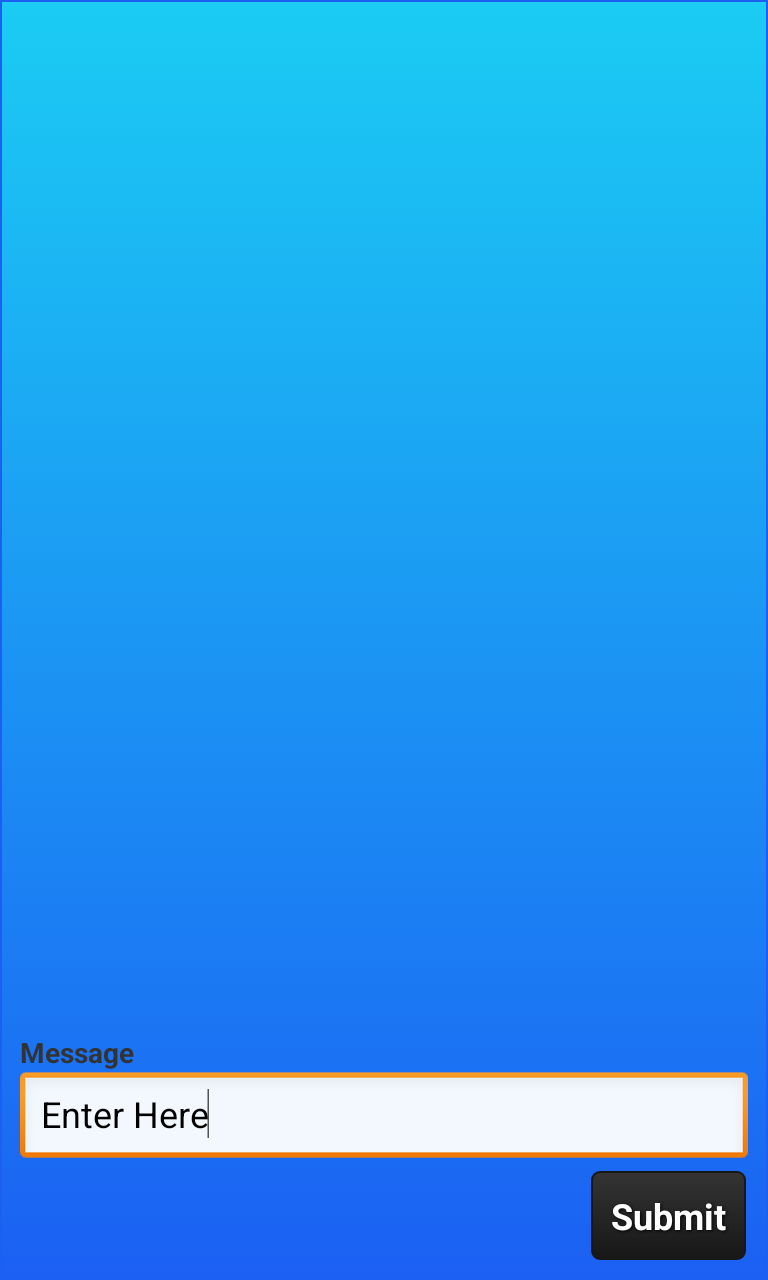
Repository: yuanpeixin/Project
Layout: GameForum/res/layout/add_reply.xml
An editor plug-in stored every save of this project. The layout is shown before and after the next save, followed by the edit.
It is drawn on a 768 x 1280 px phone screen (xhdpi) without system bars, with theme android:Theme.Translucent; the app's code is not run.

Above is the layout before, as saved 2015-10-07 05:51:43.

### GameForum/res/layout/add_reply.xml
<?xml version="1.0" encoding="utf-8"?>
<LinearLayout xmlns:android="http://schemas.android.com/apk/res/android"
    android:layout_width="match_parent"
    android:layout_height="match_parent"
    android:orientation="vertical"
    android:weightSum="4" >

    <LinearLayout
        android:layout_width="wrap_content"
        android:layout_height="wrap_content"
        android:layout_weight="1" >
    </LinearLayout>

    <RelativeLayout
        android:layout_width="wrap_content"
        android:layout_height="wrap_content"
        android:layout_weight="3"
        android:background="@drawable/blue_gradient" >

        <TextView
            android:layout_width="wrap_content"
            android:layout_height="wrap_content"
            android:layout_above="@+id/arET"
            android:layout_alignParentLeft="true"
            android:text="Message"
            android:textColor="#333"
            android:textStyle="bold" />

        <EditText
            android:id="@+id/arET"
            android:layout_width="match_parent"
            android:layout_height="wrap_content"
            android:layout_above="@+id/arSubmit"
            android:ems="10"
            android:inputType="textMultiLine"
            android:text="Enter Here" >

            <requestFocus />
        </EditText>

        <Button
            android:id="@+id/arSubmit"
            style="@style/WhiteText"
            android:layout_width="wrap_content"
            android:layout_height="wrap_content"
            android:layout_alignParentBottom="true"
            android:layout_alignParentRight="true"
            android:background="@drawable/black_button"
            android:text="Submit" />
    </RelativeLayout>

</LinearLayout>

### GameForum/res/drawable-hdpi/blue_gradient.xml
<?xml version="1.0" encoding="utf-8"?>
<selector xmlns:android="http://schemas.android.com/apk/res/android">

    <item android:state_pressed="true"><shape>
            <solid android:color="#1bccf3" />

            <stroke android:width="1dp" android:color="#1b60f3" />

            <padding android:bottom="10dp" android:left="10dp" android:right="10dp" android:top="10dp" />
        </shape></item>
    <item><shape>
            <gradient android:angle="270" android:endColor="#1b60f3" android:startColor="#1bccf3" />

            <stroke android:width="1dp" android:color="#1b60f3" />

            <padding android:bottom="10dp" android:left="10dp" android:right="10dp" android:top="10dp" />
        </shape></item>

</selector>

### GameForum/res/values/styles.xml
<resources>

    <!--
        Base application theme, dependent on API level. This theme is replaced
        by AppBaseTheme from res/values-vXX/styles.xml on newer devices.

    -->
    <style name="AppBaseTheme" parent="android:Theme.Light">
        <!--
            Theme customizations available in newer API levels can go in
            res/values-vXX/styles.xml, while customizations related to
            backward-compatibility can go here.

        -->
    </style>

    <!-- Application theme. -->
    <style name="AppTheme" parent="AppBaseTheme">
        <!-- All customizations that are NOT specific to a particular API-level can go here. -->
    </style>

    <style name="WhiteText">
        <item name="android:layout_width">fill_parent</item>
        <item name="android:layout_height">wrap_content</item>
        <item name="android:textColor">#ffffff</item>
        <item name="android:gravity">center</item>
        <item name="android:layout_margin">1dp</item>
        <item name="android:textSize">18sp</item>
        <item name="android:textStyle">bold</item>
        <item name="android:shadowColor">#000000</item>
        <item name="android:shadowDx">1</item>
        <item name="android:shadowDy">1</item>
        <item name="android:shadowRadius">2</item>
    </style>

    <style name="BlackText">
        <item name="android:layout_width">fill_parent</item>
        <item name="android:layout_height">wrap_content</item>
        <item name="android:textColor">#000000</item>
        <item name="android:gravity">center</item>
        <item name="android:layout_margin">5dp</item>
        <item name="android:textSize">25sp</item>
        <item name="android:textStyle">bold</item>
        <item name="android:shadowColor">#ffffff</item>
        <item name="android:shadowDx">1</item>
        <item name="android:shadowDy">1</item>
        <item name="android:shadowRadius">2</item>
    </style>



</resources>

### GameForum/res/drawable-hdpi/black_button.xml
<?xml version="1.0" encoding="utf-8"?>
<selector xmlns:android="http://schemas.android.com/apk/res/android">

    <item android:state_pressed="true"><shape>
            <solid android:color="#343434" />

            <stroke android:width="1dp" android:color="#171717" />

            <corners android:radius="3dp" />

            <padding android:bottom="10dp" android:left="10dp" android:right="10dp" android:top="10dp" />
        </shape></item>
    <item><shape>
            <gradient android:angle="270" android:endColor="#171717" android:startColor="#343434" />

            <stroke android:width="1dp" android:color="#171717" />

            <corners android:radius="4dp" />

            <padding android:bottom="10dp" android:left="10dp" android:right="10dp" android:top="10dp" />
        </shape></item>

</selector>

After the next save:
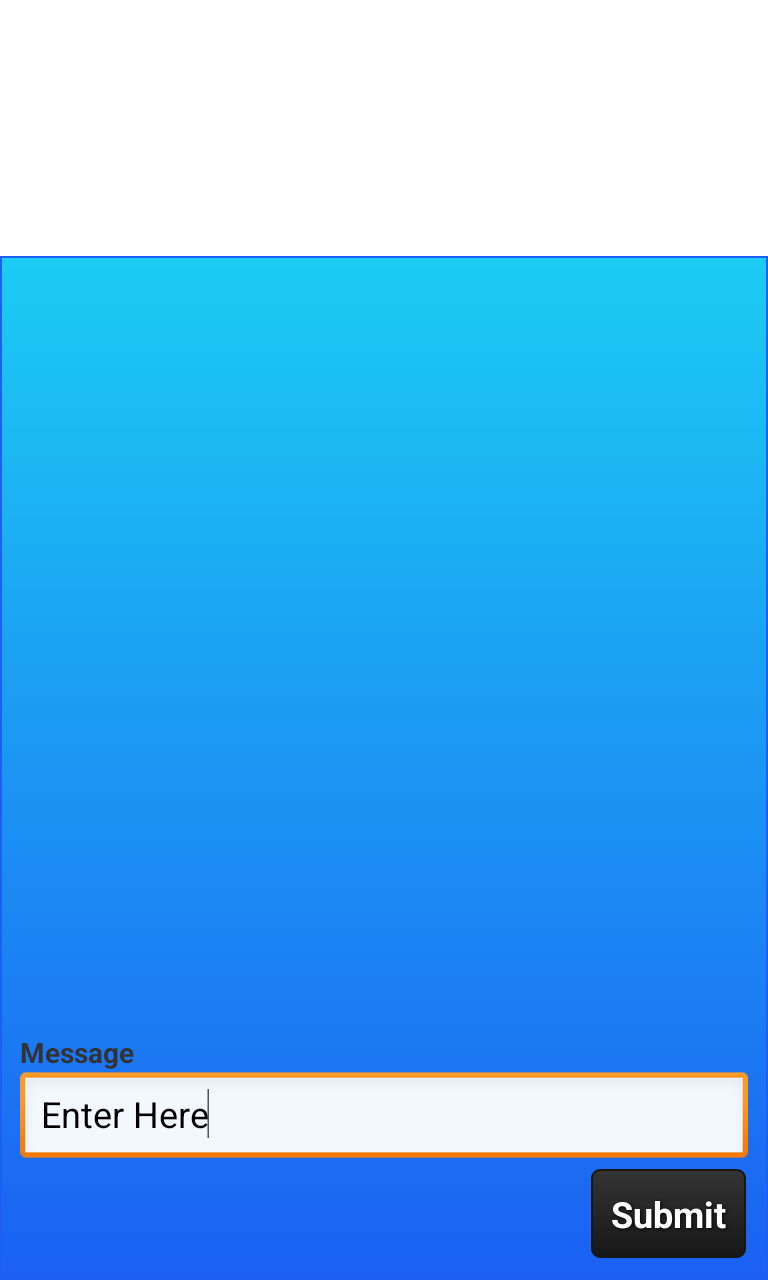
Saved 52 s later.
--- a/GameForum/res/layout/add_reply.xml
+++ b/GameForum/res/layout/add_reply.xml
@@ -3,18 +3,18 @@
     android:layout_width="match_parent"
     android:layout_height="match_parent"
     android:orientation="vertical"
-    android:weightSum="4" >
+    android:weightSum="10" >
 
     <LinearLayout
-        android:layout_width="wrap_content"
-        android:layout_height="wrap_content"
-        android:layout_weight="1" >
+        android:layout_width="match_parent"
+        android:layout_height="match_parent"
+        android:layout_weight="8" >
     </LinearLayout>
 
     <RelativeLayout
         android:layout_width="wrap_content"
         android:layout_height="wrap_content"
-        android:layout_weight="3"
+        android:layout_weight="2"
         android:background="@drawable/blue_gradient" >
 
         <TextView
